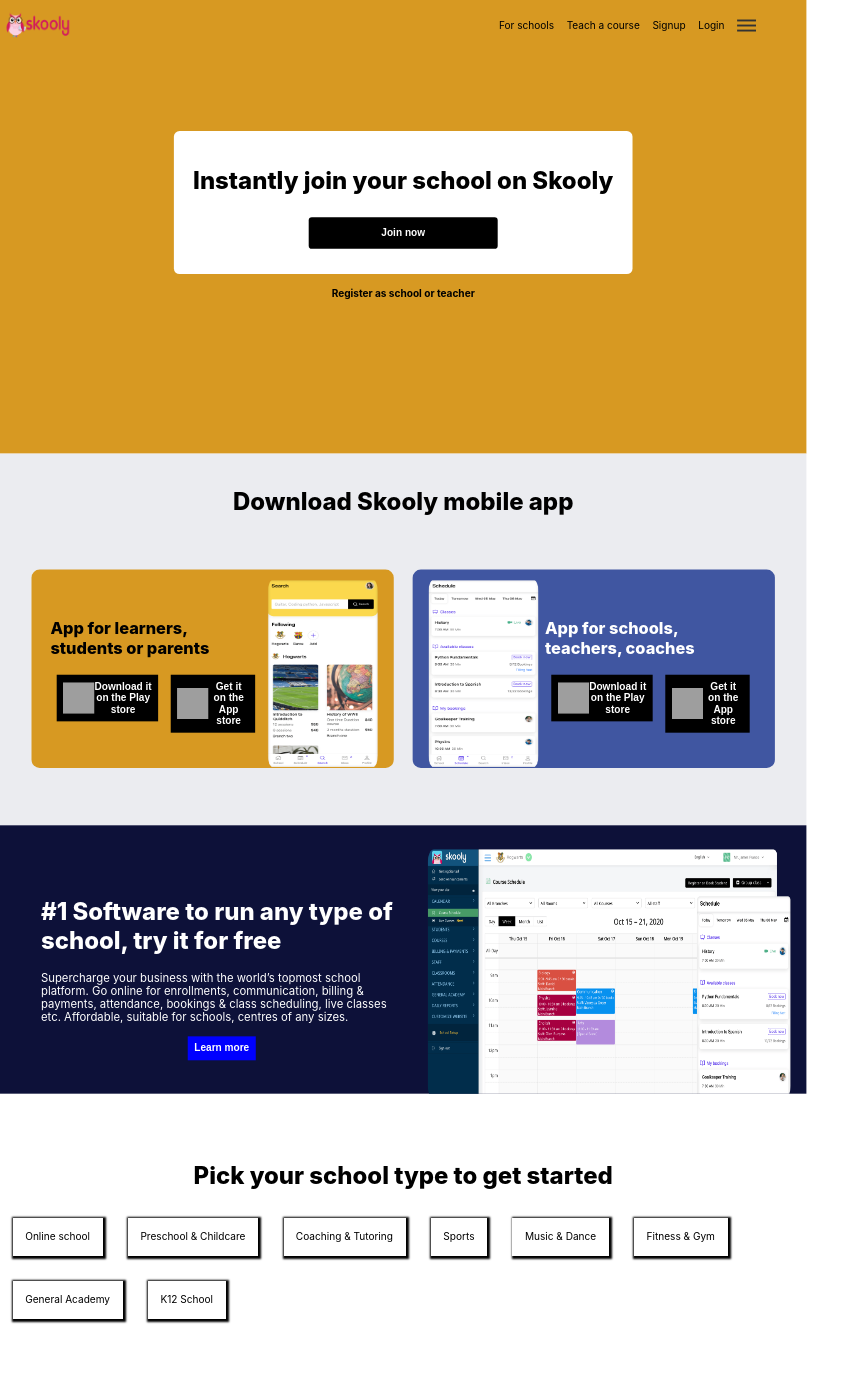
Repository: akankshaajoshi/Skooly-Clone
Page: /
These files come from the project's save history. The page is drawn as it stood at one moment and after the next save; the edit follows.
The browser window is 1280 px wide. The page is 1360 px wide, so the pictures cover 1360 px, including what lies to the right of the window. The pictures show the whole page, at 63% of full size.
Pictures or frames that could not be fetched are drawn as grey boxes. The project was rebuilt for these pictures with package versions that can differ from the ones it lists, and the page was loaded fresh each time. Also part of the build but not shown: craco.config.js.

Above is the page before, as saved 2023-09-15 07:56:47.

After the next save:
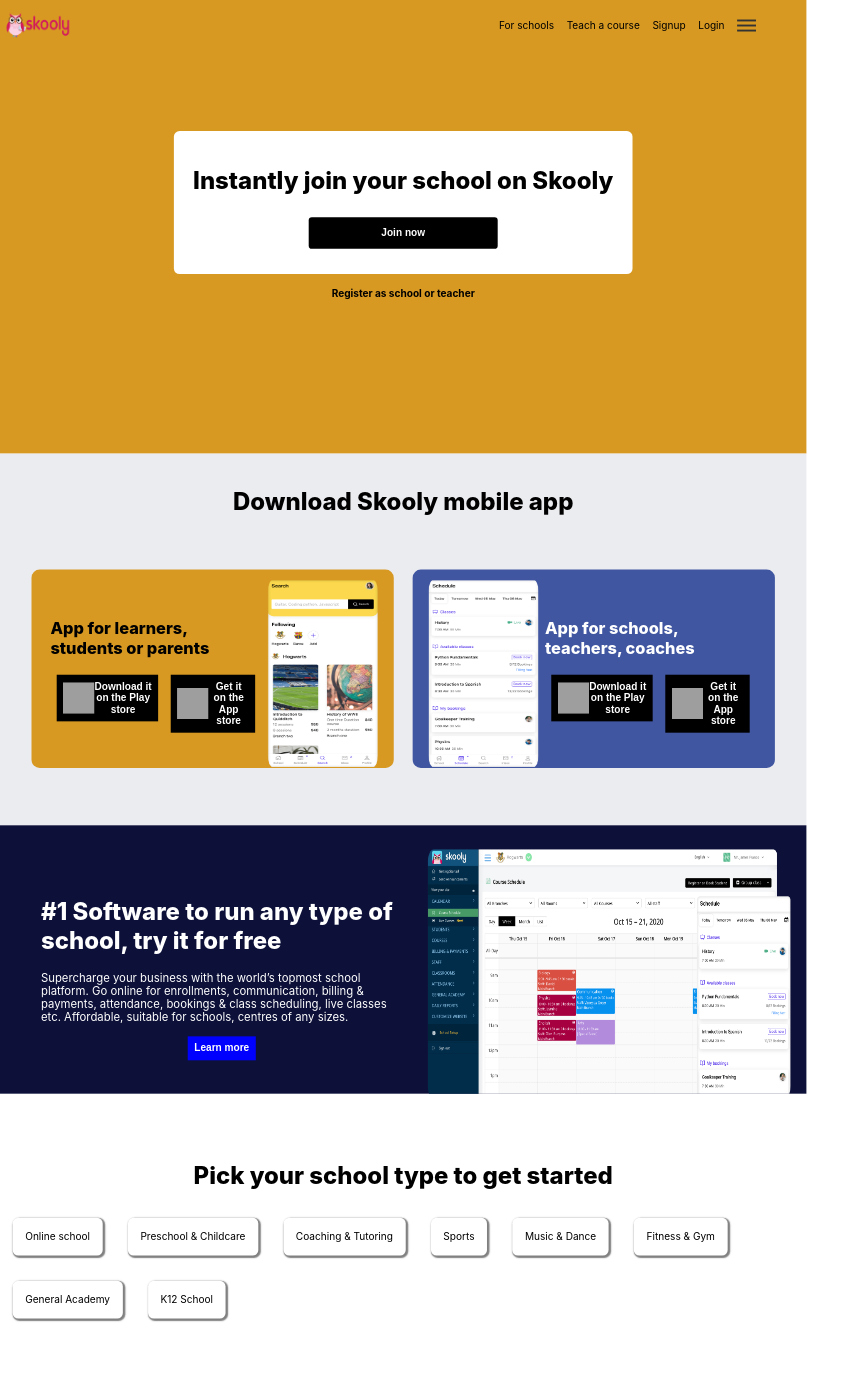
Saved 60 s later.
--- a/src/containers/SchoolTypeContainer/index.js
+++ b/src/containers/SchoolTypeContainer/index.js
@@ -2,7 +2,7 @@
 import styled from 'styled-components'
 import {Container} from "@/components/custom/Container"
 import {Heading} from "@/components/base/Typography"
-import {colors} from "@/assets"
+import {colors, borderRadius} from "@/assets"
 import { schoolTypes } from '@/utils/constants'
 
 const ElementContainer = styled.div`
@@ -17,7 +17,8 @@
 margin: 20px;
 padding: 20px;
 max-width: 200px;
-box-shadow: 2px 2px 3px 3px rgba(0, 0, 0, 1);
+border-radius: ${borderRadius.large};
+box-shadow: 2px 2px 2px 2px rgba(0, 0, 0, 0.5);
 `
 
 
